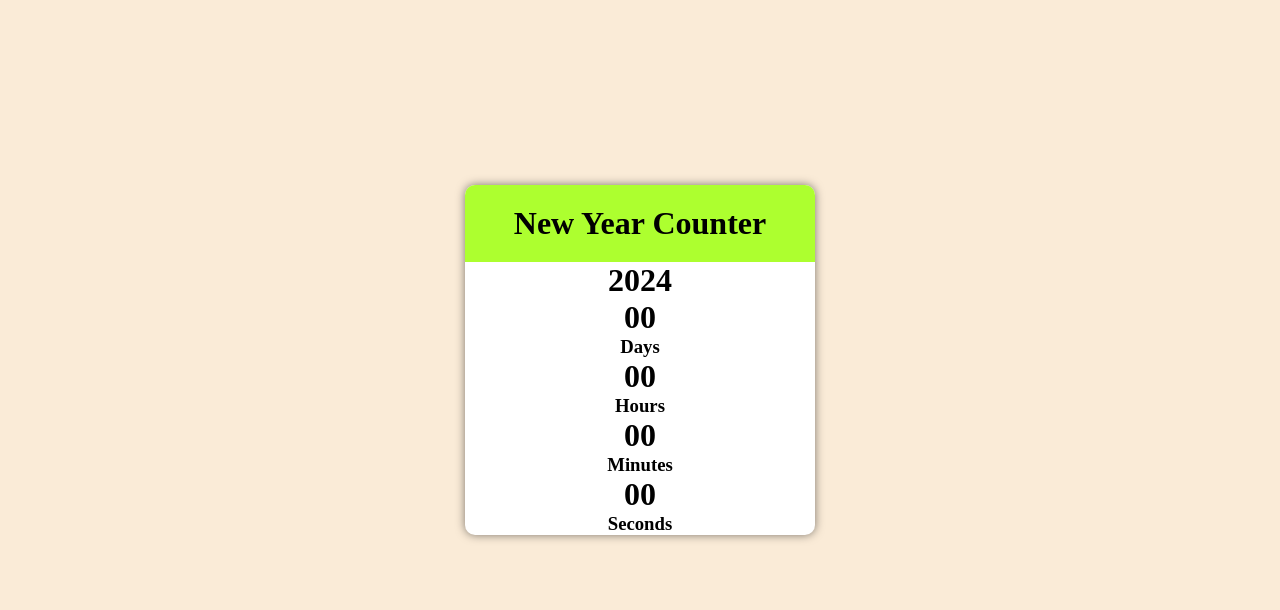
Repository: JunaidAnsari202/New-Year-counter
Page: index.html
The author's editor kept a copy of each file at every save. The page is drawn from the files as they stood at one save, then again after a run of saves.
The browser window is 1280 px wide. The pictures show the whole page.

Above is the page before, as saved 2024-11-13 15:24:56.
Console error: SyntaxError: Unexpected end of input

After the next 12 saves:
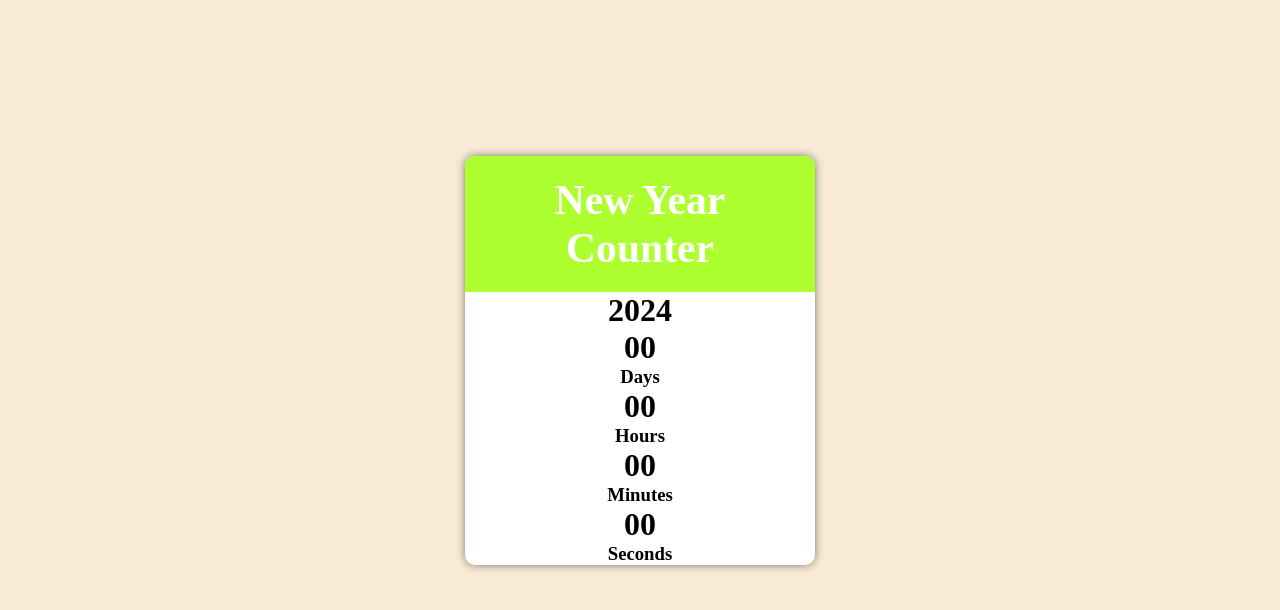
The 12 saves are shown as one change because they came seconds apart.
The last was saved 15 s later.
--- a/style.css
+++ b/style.css
@@ -25,5 +25,6 @@ body{
     padding: 20px;
     border-top-left-radius: 10px;
     border-top-right-radius: 10px;
-    co
+    color: white;
+    font-size: 1.3rem;
 }
